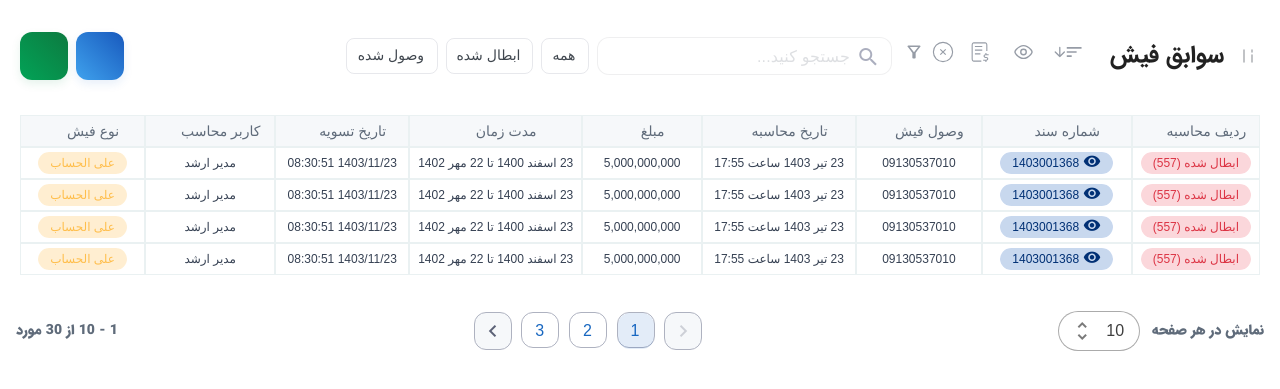
Repository: mobinazarein/data-table
Page: /
These files come from the project's save history. The page is drawn as it stood at one moment and after the next save; the edit follows.
The browser window is 1280 px wide. The pictures show the whole page.
Some web fonts or font styles are not loaded; a fallback is used. The project was rebuilt for these pictures with package versions that can differ from the ones it lists, and the page was loaded fresh each time. Also part of the build but not shown: vue.config.js.

Above is the page before, as saved 2025-03-26 11:17:09.

### public/index.html
<!DOCTYPE html>
<html lang="en" dir="rtl">
  <head>
    <meta charset="utf-8">
    <meta http-equiv="X-UA-Compatible" content="IE=edge">
    <meta name="viewport" content="width=device-width,initial-scale=1.0">
    <link rel="icon" href="<%= BASE_URL %>favicon.ico">
    <title><%= htmlWebpackPlugin.options.title %></title>
  </head>
  <body>
    <noscript>
      <strong>We're sorry but <%= htmlWebpackPlugin.options.title %> doesn't
        work properly without JavaScript enabled. Please enable it to
        continue.</strong>
    </noscript>
    <div id="app"></div>
    <!-- built files will be auto injected -->
  </body>
</html>

### src/main.js
import { createApp } from "vue";
import App from "./App.vue";
import vuetify from "./plugins/vuetify";
// import { loadFonts } from "./plugins/webfontloader";
// import "@/assets/styles/_fonts.scss";
// loadFonts();
import "@/assets/base.scss";

createApp(App).use(vuetify).mount("#app");

### src/App.vue
<template>
  <v-app dir="rtl">
    <v-locale-provider :rtl="true">
      <div dir="rtl">
        <DataTable :headers="pageData.headers" :items="pageData.items" :showExportButtons="true" :itemsPerPage="20"
          :showSearchBtn="true" :items-per-page="10" :customStyles="[
            { key: 'row', bgColor: '#FFEEF0', textColor: '#DC3545' },
            { key: 'documentNumber', bgColor: '#E4EFFF', textColor: '#013075', icon: 'mdi-eye', iconColor: '#013075', iconSize: '18px' },
            { key: 'receiptType', bgColor: '#FFBE4C26', textColor: '#FFBE4C' }
          ]" title="سوابق فیش" :iconComponent="PauseIcon"
          :iconList="[PaginationIcon, EyeIcon, InvoiceIcon, CircleCross, FilterIcon]"
          :mobileIconList="[PaginationIcon, EyeIcon, InvoiceIcon, CircleCross, FilterIcon, PrinterIcon, ExcelIcon]"
          :buttons="pageData.buttonList" :mobileFilterButtons="pageData.mobileBtn" />
      </div>
    </v-locale-provider>
  </v-app>
</template>

<script setup>
import DataTable from './components/DataTable.vue';
import PauseIcon from './assets/Icons/PauseIcon.vue';
import PaginationIcon from '@/assets/Icons/PaginationIcon.vue';
import EyeIcon from '@/assets/Icons/EyeIcon.vue';
import InvoiceIcon from '@/assets/Icons/InvoiceIcon.vue';
import CircleCross from '@/assets/Icons/CircleCross.vue';
import FilterIcon from '@/assets/Icons/FilterIcon.vue';
import PrinterIcon from '@/assets/Icons/PrinterIcon.vue';
import ExcelIcon from '@/assets/Icons/ExcelIcon.vue';
import { ref } from 'vue';
const pageData = ref({
  headers: [
    { title: 'ردیف محاسبه', key: 'row', align: 'center', sortable: true, width: '121px' },
    { title: 'شماره سند', key: 'documentNumber', align: 'center', sortable: true, width: '165px' },
    { title: 'وصول فیش', key: 'receiptStatus', align: 'center', sortable: true, width: '139px' },
    { title: 'تاریخ محاسبه', key: 'calculationDate', align: 'center', sortable: true, width: '159px' },
    { title: 'مبلغ', key: 'amount', align: 'center', sortable: true, width: '139px' },
    { title: 'مدت زمان', key: 'duration', align: 'center', sortable: true, width: '165px' },
    { title: 'تاریخ تسویه', key: 'settlementDate', align: 'center', sortable: true, width: '139px' },
    { title: 'کاربر محاسب', key: 'user', align: 'center', sortable: true, width: '139px' },
    { title: 'نوع فیش', key: 'receiptType', align: 'center', sortable: true, width: '139px' }
  ],
  items: [
    {
      row: 'ابطال شده (557)',
      documentNumber: '1403001368',
      receiptStatus: '09130537010',
      calculationDate: '23 تیر 1403 ساعت 17:55',
      amount: '5,000,000,000',
      duration: '23 اسفند 1400 تا 22 مهر 1402',
      settlementDate: '1403/11/23 08:30:51',
      user: 'مدیر ارشد',
      receiptType: 'علی الحساب'
    },
    {
      row: 'ابطال شده (557)',
      documentNumber: '1403001368',
      receiptStatus: '09130537010',
      calculationDate: '23 تیر 1403 ساعت 17:55',
      amount: '5,000,000,000',
      duration: '23 اسفند 1400 تا 22 مهر 1402',
      settlementDate: '1403/11/23 08:30:51',
      user: 'مدیر ارشد',
      receiptType: 'علی الحساب'
    },
    {
      row: 'ابطال شده (557)',
      documentNumber: '1403001368',
      receiptStatus: '09130537010',
      calculationDate: '23 تیر 1403 ساعت 17:55',
      amount: '5,000,000,000',
      duration: '23 اسفند 1400 تا 22 مهر 1402',
      settlementDate: '1403/11/23 08:30:51',
      user: 'مدیر ارشد',
      receiptType: 'علی الحساب'
    }, {
      row: 'ابطال شده (557)',
      documentNumber: '1403001368',
      receiptStatus: '09130537010',
      calculationDate: '23 تیر 1403 ساعت 17:55',
      amount: '5,000,000,000',
      duration: '23 اسفند 1400 تا 22 مهر 1402',
      settlementDate: '1403/11/23 08:30:51',
      user: 'مدیر ارشد',
      receiptType: 'علی الحساب'
    }
  ],
  buttonList: [
    { label: 'همه', width: 48 },
    { label: 'ابطال شده', width: 87 },
    { label: 'وصول شده', width: 92 },
  ],
  mobileBtn: [
    { label: "همه", width: 44, borderRadius: 62 },
    { label: "ابطال شده", width: 80, borderRadius: 42 },
    { label: "وصول شده", width: 89, borderRadius: 42 }
  ]
}).value;
</script>
<style>
body {
  font-family: "IRANSans", sans-serif;
}
</style>

### src/assets/base.scss
// @import "./styles/fonts";

*,
*::before,
*::after {
  box-sizing: border-box;
  margin: 0;
  font-weight: normal;
  font-family: "IRANSans", sans-serif;
  letter-spacing: 0;
}

body {
  font-family: "IRANSans", sans-serif !important;
}
h1,
h2 {
  font-family: "IRANSans", sans-serif;
  font-weight: 700;
}
p {
  font-family: "IRANSans", sans-serif;
  font-weight: 400;
}
.v-field.v-field--center-affix.v-field--prepended.v-field--variant-outlined.v-theme--light.v-locale--is-rtl {
  border-radius: 12px !important;
}
.v-field__prepend-inner {
  color: #737993;
}

label.v-label.v-field-label {
  color: #c7cacf;
}

.v-field.v-field--center-affix.v-field--prepended.v-field--variant-outlined.v-theme--light.v-locale--is-rtl {
  color: #77787f4d;
}
/* .v-table__wrapper {
  overflow: hidden;
} */
.v-data-table thead {
  background-color: #f6f8fa !important;
  width: 138.41665649414062px;
  height: 32px !important;
}

.v-data-table thead th {
  height: 32px !important;
  color: #5f6b7a !important;
  font-weight: 700 !important;
  border: 1px solid #eaf1f2 !important;
  padding: 0 8px !important;
}

.v-data-table tbody tr td {
  height: 32px !important;
  color: #364153 !important;
  font-weight: 500 !important;
  border: 1px solid #eaf1f2 !important;
  white-space: nowrap !important;
  overflow: hidden !important;
  text-overflow: ellipsis !important;
  height: 32px !important;
  padding: 0 8px !important;
  font-size: 12px !important;
  padding: 0 8px !important;
  font-weight: 400 !important;
}

.v-data-table tbody tr {
  height: 32px !important;
}

td.v-data-table__td.v-data-table-column--align-center {
  font-size: 12px !important;
  height: 32px !important;
}

th {
  white-space: nowrap;
}

.custom-pagination .v-pagination__item {
  border-radius: 12px !important;
  min-width: 36px !important;
  height: 36px !important;
  font-size: 14px !important;
  color: #5b6176 !important;
  border: 1px solid #aeb2c0 !important;
}

.custom-pagination .v-pagination__item--active {
  border-radius: 12px !important;
  min-width: 36px !important;
  height: 36px !important;
  background-color: #b8dada !important;
  color: #148976 !important;
  border: 1px solid #148976 !important;
  font-weight: bold !important;
  box-shadow: none !important;
}
button.v-btn.v-btn--icon.v-theme--light.text-primary.v-btn--density-comfortable.v-btn--rounded.v-btn--size-default.v-btn--variant-text {
  border-radius: 12px !important;
}

.custom-pagination .v-pagination__prev,
.custom-pagination .v-pagination__next {
  border-radius: 12px !important;
  background-color: #f6f8fa !important;
  color: #5b6176 !important;
  border: 1px solid #aeb2c0 !important;
}
.mdi-chevron-right::before {
  color: #5b6176 !important;
}

.mdi-chevron-left::before {
  color: #5b6176 !important;
}

.custom-pagination .v-pagination__prev:hover,
.custom-pagination .v-pagination__next:hover,
.custom-pagination .v-pagination__prev:focus,
.custom-pagination .v-pagination__next:focus,
.custom-pagination .v-pagination__prev.v-pagination__item--active,
.custom-pagination .v-pagination__next.v-pagination__item--active {
  border: 1px solid #148976 !important;
  color: #148976 !important;
}

.custom-pagination .v-pagination__item--active,
.custom-pagination .v-pagination__item:focus {
  border-radius: 12px !important;
  min-width: 36px !important;
  height: 36px !important;
  background-color: #d8eef2 !important;
  color: #148976 !important;
  border: 1px solid #148976 !important;
  font-weight: bold !important;
}

.custom-pagination .v-pagination__item:hover {
  border: 1px solid #148976 !important;
  color: #148976 !important;
}

.custom-pagination .v-pagination__prev:hover,
.custom-pagination .v-pagination__next:hover {
  border: 1px solid #148976 !important;
  color: #148976 !important;
}

### src/components/DataTable.vue
<template>
  <v-container fluid>
    <!-- desktop -->
    <v-row class="align-center py-3 px-1 d-none d-md-flex" no-gutters>
      <v-col cols="12" md="10" class="d-flex align-center  justify-start">
        <div class="d-flex align-center gap-24 justify-start">
          <div class="d-flex align-center text-nowrap">
            <component :is="iconComponent" />
            <h2 class="mr-3 ml-5 text-nowrap " style="white-space: nowrap;">{{ title }}</h2>
          </div>
          <div v-for="(icon, index) in iconList" :key="index">
            <component v-if="icon" :is="icon" class="mx-1" />
          </div>
          <v-text-field v-if="showSearchBtn" variant="outlined" density="compact" hide-details
            class="custom-text-field mx-2" label="جستجو کنید..." prepend-inner-icon="mdi-magnify" width="295.6875px" />
          <v-btn v-for="(button, index) in buttons" :key="index" variant="outlined" color="gray"
            class="ml-2 rounded-lg filter-btn"
            :style="{ maxWidth: button.width + 'px', minWidth: button.width + 'px', fontSize: button.fontSize, borderRadius: button.borderRadius }">
            {{ button.label }}
          </v-btn>
        </div>
      </v-col>
      <v-col cols="auto" md="2" class="d-flex align-center justify-end" v-if="props.showExportButtons">
        <v-btn icon variant="flat" class="ml-2 printer-btn">
          <PrinterIcon />
        </v-btn>
        <v-btn icon variant="flat" class="excel-btn">
          <ExcelIcon />
        </v-btn>
      </v-col>
    </v-row>
    <!-- mobile-->
    <v-row class="align-center d-flex d-md-none flex-no-wrap justify-between ">
      <v-col cols="12" class="d-flex align-center flex-no-wrap">
        <v-row no-gutters>
          <v-col cols="12">
            <div class="d-flex justify-space-between gap-8">
              <h2 class="text-nowrap " style="font-size: 20px; font-weight: 700;">{{ title }}</h2>
              <div class="d-flex">
                <v-btn v-for="(button, index) in mobileFilterButtons" :key="index" variant="outlined" color="gray"
                  class="ml-1 rounded-lg filter-btn"
                  :style="{ maxWidth: button.width + 'px', minWidth: button.width + 'px', fontSize: '12px', borderRadius: button.borderRadius + 'px' + ' !important' }">
                  {{ button.label }}
                </v-btn>
              </div>
            </div>
          </v-col>
        </v-row>
      </v-col>
      <v-col cols="12" class="d-flex justify-center">
        <div class="d-flex flex-column ">
          <div class="gap-8 d-flex justify-space-between flex-wrap">
            <div v-for="(icon, index) in mobileIconList" :key="index" class="d-flex align-center justify-space-between">
              <component v-if="icon" :is="icon" iconColor="#767E8A" class="mx-1 ml-3 mb-3" />
            </div>
          </div>
          <v-text-field width="341px" variant="outlined" hide-details class="mx-2" label="جستجو کنید..."
            prepend-inner-icon="mdi-magnify" v-if="showSearchBtn" />
        </div>
      </v-col>
    </v-row>
    <v-row no-gutters class="px-1">
      <v-col cols="12" md="12" class="mt-5">
        <v-data-table :headers="headers" :items="items" :items-per-page="props.itemsPerPage" hide-default-footer>
          <template v-for="column in props.customStyles" #[`item.${column.key}`]="{ item }" :key="column.key">
            <v-chip
              :style="{ backgroundColor: column.bgColor, color: column.textColor, height: '22px', fontSize: '12px', cursor: column.icon ? 'pointer' : 'default' }"
              class="font-weight-bold">
              <v-icon v-if="column.icon" :color="column.iconColor" :size="column.iconSize" class="ml-1 mb-1">
                {{ column.icon }}
              </v-icon>
              {{ item[column.key] }}
            </v-chip>
          </template>
        </v-data-table>
      </v-col>
    </v-row>
    <v-row class="justify-space-between d-md-none align-center px-1 mt-8 ">
      <div class="d-flex align-center ">
        <p class="footer-text">نمایش در هر صفحه</p>
        <v-select v-model="itemsPerPage" :items="[10, 20, 50]" density="compact" variant="outlined" rounded="pill"
          class="custom-select mr-3" hide-details menu-icon="mdi-unfold-more-horizontal"></v-select>
      </div>
      <div class="footer-middle">
        <span class="footer-text"> {{ startIndex }} - {{ endIndex }} از {{ totalItems }} مورد </span>
      </div>
      <div class="mt-5" style="margin-left: auto; margin-right: auto;">
        <v-pagination v-model="page" :length="totalPages" total-visible="5" rounded density="comfortable"
          color="primary" class="custom-pagination"></v-pagination>
      </div>
    </v-row>
    <v-row class="justify-space-between d-none d-md-flex align-center px-3 mt-8">
      <div class="d-flex align-center ">
        <p class="footer-text">نمایش در هر صفحه</p>
        <v-select v-model="itemsPerPage" :items="[10, 20, 50]" density="compact" variant="outlined" rounded="pill"
          class="custom-select mr-3" hide-details menu-icon="mdi-unfold-more-horizontal"></v-select>
      </div>
      <div class="footer-right">
        <v-pagination v-model="page" :length="totalPages" total-visible="5" rounded density="comfortable"
          color="primary" class="custom-pagination"></v-pagination>
      </div>
      <div class="footer-middle">
        <span class="footer-text"> {{ startIndex }} - {{ endIndex }} از {{ totalItems }} مورد </span>
      </div>
    </v-row>
  </v-container>
</template>
<script setup>
import { ref, computed } from 'vue';
import { defineProps } from 'vue';
const props = defineProps({
  itemsPerPage: {
    type: Number,
    default: 10,
  },
  showExportButtons: {
    type: Boolean,
    default: true,
  },
  showSearchBtn: {
    type: Boolean,
    default: true
  },
  customStyles: { type: Array, default: () => [] },
  customIcon: { type: Array, default: () => [] },
  headers: { type: Array, required: true },
  items: { type: Array, required: true },
  title: {
    type: String,
    required: true
  },
  iconComponent: {
    type: [String, Object],
    required: true
  },
  iconList: {
    type: Array,
    required: true
  },
  mobileIconList: {
    type: Array,
    required: true
  },
  buttons: {
    type: Array,
    required: true,
    default: () => [
      { label: "همه", width: 48 },
      { label: "ابطال شده", width: 87 },
      { label: "وصول شده", width: 92 }
    ]
  },
  mobileFilterButtons: {
    type: Array,
    default: () => [
      { label: "همه", width: 44, borderRadius: 62 },
      { label: "ابطال شده", width: 80, borderRadius: 42 },
      { label: "وصول شده", width: 89, borderRadius: 42 }
    ]
  }
});
const page = ref(1);
const totalItems = ref(30);
const itemsPerPage = ref(props.itemsPerPage);
const totalPages = computed(() => Math.ceil(totalItems.value / itemsPerPage.value));
const startIndex = computed(() => (page.value - 1) * itemsPerPage.value + 1);
const endIndex = computed(() => Math.min(page.value * itemsPerPage.value, totalItems.value));
</script>
<style scoped>
.custom-text-field :deep(.v-input__control) {
  height: 38px;
}

.excel-btn {
  background: linear-gradient(45deg, #02A357, #0D7A40) !important;
  color: white !important;
  border-radius: 12px !important;
  box-shadow: 0px 4px 10px #0A88481A !important;
  width: 48px !important;
  height: 48px !important;
}

.printer-btn {
  border-radius: 12px !important;
  box-shadow: 0px 4px 10px #216BCA1A !important;
  background: linear-gradient(45deg, #3FA2ED, #1859BD) !important;
  color: white !important;
  width: 48px !important;
  height: 48px !important;
}

.filter-btn:hover,
.filter-btn:focus,
.filter-btn.v-btn--active {
  background-color: #B8DADA !important;
  color: #148976 !important;
  border-color: #148976 !important;
}

.filter-btn {
  border-color: #AEB2C04D !important;
  color: #40474F !important;
  line-height: 180% !important;
  padding: 0px 12px !important;
}

.footer-text {
  color: #5F6B7A;
  font-size: 14px;
  font-weight: 500;
}

.custom-select {
  max-width: 90px;
}

.custom-pagination {
  --v-pagination-height: 40px;
}

.footer-middle {
  font-size: 14px;
  color: #5F6B7A;
  font-weight: 500;
}
</style>

### src/assets/Icons/PauseIcon.vue
<template>
    <svg width="24" height="24" viewBox="0 0 24 24" fill="none" xmlns="http://www.w3.org/2000/svg">
        <path d="M8 6V18M16 6V8M16 18V11" stroke="#ADB0B4" stroke-width="1.5" stroke-linecap="round"
            stroke-linejoin="round" />
    </svg>
</template>

### src/assets/Icons/PaginationIcon.vue
<template>
    <svg width="36" height="48" viewBox="0 0 36 48" fill="none" xmlns="http://www.w3.org/2000/svg">
<path d="M9.79481 19.4529V28.5469M9.79481 28.5469L14.3418 23.9999M9.79481 28.5469L5.2478 23.9999" stroke="#969CA6" stroke-width="1.29915" stroke-linecap="round" stroke-linejoin="round"/>
<path d="M16.7693 28.9231H21.6924V27.282H16.7693V28.9231ZM16.7693 19.0769V20.7179H31.5385V19.0769H16.7693ZM16.7693 24.8205H26.6154V23.1795H16.7693V24.8205Z" fill="#969CA6"/>
</svg>
</template>

### src/assets/Icons/EyeIcon.vue
<template>
    <svg width="37" height="48" viewBox="0 0 37 48" fill="none" xmlns="http://www.w3.org/2000/svg">
<path d="M18.5 17.5833C21.4713 17.5833 24.0781 19.7396 25.7446 21.5522C26.4843 22.3568 26.8542 22.7591 26.979 23.5925C27.0096 23.7966 27.0096 24.2033 26.979 24.4073C26.8542 25.2407 26.4843 25.643 25.7446 26.4477C24.0781 28.2603 21.4713 30.4166 18.5 30.4166C15.5288 30.4166 12.922 28.2603 11.2555 26.4477C10.5158 25.643 10.1459 25.2407 10.0211 24.4073C9.99049 24.2033 9.99049 23.7966 10.0211 23.5925C10.1459 22.7591 10.5158 22.3568 11.2555 21.5522C12.922 19.7396 15.5288 17.5833 18.5 17.5833Z" stroke="#969CA6" stroke-width="1.375" stroke-linejoin="round"/>
<path d="M21.25 24C21.25 25.5188 20.0188 26.75 18.5 26.75C16.9812 26.75 15.75 25.5188 15.75 24C15.75 22.4812 16.9812 21.25 18.5 21.25C20.0188 21.25 21.25 22.4812 21.25 24Z" stroke="#969CA6" stroke-width="1.375" stroke-linejoin="round"/>
</svg>
</template>

### src/assets/Icons/InvoiceIcon.vue
<template>
    <svg width="35" height="48" viewBox="0 0 35 48" fill="none" xmlns="http://www.w3.org/2000/svg">
<path d="M26.6666 26.1999H23.9166V27.2999H26.6666V26.1999ZM23.9166 26.1999H23.4583V27.2999H23.9166V26.1999ZM23.4583 30.0499H24.375V28.9499H23.4583V30.0499ZM24.375 31.6999H23.9166V32.7999H24.375V31.6999ZM23.9166 31.6999H21.1666V32.7999H23.9166V31.6999ZM25.2 30.8749C25.2 31.3306 24.8306 31.6999 24.375 31.6999V32.7999C25.4381 32.7999 26.3 31.9381 26.3 30.8749H25.2ZM24.375 30.0499C24.8306 30.0499 25.2 30.4193 25.2 30.8749H26.3C26.3 29.8118 25.4381 28.9499 24.375 28.9499V30.0499ZM21.5333 28.1249C21.5333 29.1881 22.3951 30.0499 23.4583 30.0499V28.9499C23.0027 28.9499 22.6333 28.5806 22.6333 28.1249H21.5333ZM23.4583 26.1999C22.3951 26.1999 21.5333 27.0618 21.5333 28.1249H22.6333C22.6333 27.6693 23.0027 27.2999 23.4583 27.2999V26.1999ZM24.4666 26.7499V24.9166H23.3666V26.7499H24.4666ZM23.3666 32.2499V34.0833H24.4666V32.2499H23.3666ZM13.8333 15.3833H21.1666V14.2833H13.8333V15.3833ZM19.3333 32.6166H13.8333V33.7166H19.3333V32.6166ZM10.7166 29.4999V18.4999H9.61663V29.4999H10.7166ZM13.8333 32.6166C12.9535 32.6166 12.349 32.6154 11.8949 32.5544C11.4567 32.4954 11.2418 32.39 11.0925 32.2407L10.3147 33.0185C10.7024 33.4062 11.1881 33.5692 11.7483 33.6446C12.2928 33.7178 12.9846 33.7166 13.8333 33.7166V32.6166ZM9.61663 29.4999C9.61663 30.3486 9.61546 31.0405 9.68865 31.5849C9.76397 32.1451 9.92698 32.6308 10.3147 33.0185L11.0925 32.2407C10.9432 32.0914 10.8378 31.8766 10.7788 31.4383C10.7178 30.9842 10.7166 30.3797 10.7166 29.4999H9.61663ZM21.1666 15.3833C22.0464 15.3833 22.6509 15.3844 23.105 15.4455C23.5433 15.5044 23.7582 15.6099 23.9074 15.7591L24.6852 14.9813C24.2975 14.5936 23.8118 14.4306 23.2516 14.3553C22.7072 14.2821 22.0153 14.2833 21.1666 14.2833V15.3833ZM25.3833 18.4999C25.3833 17.6512 25.3845 16.9594 25.3113 16.415C25.2359 15.8547 25.0729 15.369 24.6852 14.9813L23.9074 15.7591C24.0567 15.9084 24.1622 16.1233 24.2211 16.5615C24.2821 17.0156 24.2833 17.6201 24.2833 18.4999H25.3833ZM13.8333 14.2833C12.9846 14.2833 12.2928 14.2821 11.7483 14.3553C11.1881 14.4306 10.7024 14.5936 10.3147 14.9813L11.0925 15.7591C11.2418 15.6099 11.4567 15.5044 11.8949 15.4455C12.349 15.3844 12.9535 15.3833 13.8333 15.3833V14.2833ZM10.7166 18.4999C10.7166 17.6201 10.7178 17.0156 10.7788 16.5615C10.8378 16.1233 10.9432 15.9084 11.0925 15.7591L10.3147 14.9813C9.92698 15.369 9.76397 15.8547 9.68865 16.415C9.61546 16.9594 9.61663 17.6512 9.61663 18.4999H10.7166ZM24.2833 18.4999V23.0833H25.3833V18.4999H24.2833ZM12.9166 19.0499H20.25V17.9499H12.9166V19.0499ZM12.9166 22.7166H20.25V21.6166H12.9166V22.7166ZM12.9166 26.3833H18.4166V25.2833H12.9166V26.3833Z" fill="#969CA6"/>
</svg>
</template>

### src/assets/Icons/CircleCross.vue
<template>
    <svg width="22" height="22" viewBox="0 0 21 20" fill="none" xmlns="http://www.w3.org/2000/svg">
        <path
            d="M7.90736 7.40719L13.0928 12.5926M13.0927 7.40719L7.90726 12.5926M19.6667 9.99992C19.6667 15.0625 15.5627 19.1666 10.5 19.1666C5.43743 19.1666 1.33337 15.0625 1.33337 9.99992C1.33337 4.93731 5.43743 0.833252 10.5 0.833252C15.5627 0.833252 19.6667 4.93731 19.6667 9.99992Z"
            stroke="#969CA6" stroke-width="1.1" />
    </svg>
</template>

### src/assets/Icons/FilterIcon.vue
<template>
    <svg width="20" height="20" viewBox="0 0 20 20" fill="none" xmlns="http://www.w3.org/2000/svg">
<path d="M5.90159 5.07682H14.1067L9.99595 10.246L5.90159 5.07682ZM3.64518 4.75682C5.30262 6.88194 8.36313 10.8204 8.36313 10.8204V15.7435C8.36313 16.1948 8.73236 16.564 9.18364 16.564H10.8247C11.276 16.564 11.6452 16.1948 11.6452 15.7435V10.8204C11.6452 10.8204 14.6975 6.88194 16.3549 4.75682C16.7734 4.21528 16.3877 3.43579 15.7067 3.43579H4.29339C3.61236 3.43579 3.22672 4.21528 3.64518 4.75682Z" fill="#969CA6"/>
</svg>
</template>

### src/assets/Icons/PrinterIcon.vue
<template>
    <svg
      width="23"
      height="24"
      viewBox="0 0 23 24"
      fill="none"
      xmlns="http://www.w3.org/2000/svg"
      :style="{ color: iconColor }"
    >
      <path
        d="M6 10.5641H17M6 17.7447V17.7447C5.66891 17.7447 5.50337 17.7447 5.36418 17.7283C4.26359 17.599 3.39569 16.7311 3.26636 15.6305C3.25 15.4913 3.25 15.3257 3.25 14.9947V10.5641C3.25 8.76909 3.25 7.87158 3.70712 7.24241C3.85475 7.03921 4.03345 6.86052 4.23664 6.71289C4.86582 6.25577 5.76332 6.25577 7.55833 6.25577H15.4417C17.2367 6.25577 18.1342 6.25577 18.7634 6.71289C18.9666 6.86052 19.1452 7.03921 19.2929 7.24241C19.75 7.87158 19.75 8.76909 19.75 10.5641V14.9947C19.75 15.3257 19.75 15.4913 19.7336 15.6305C19.6043 16.7311 18.7364 17.599 17.6358 17.7283C17.4966 17.7447 17.3311 17.7447 17 17.7447V17.7447M6 17.7447V17.7447C6 18.6368 6 19.0829 6.14576 19.4348C6.3401 19.904 6.71286 20.2768 7.18205 20.4711C7.53393 20.6169 7.98003 20.6169 8.87222 20.6169H14.1278C15.02 20.6169 15.4661 20.6169 15.818 20.4711C16.2871 20.2768 16.6599 19.904 16.8542 19.4348C17 19.0829 17 18.6368 17 17.7447V17.7447M6 17.7447V17.3617C6 15.9257 6 15.2077 6.3657 14.7043C6.4838 14.5418 6.62676 14.3988 6.78931 14.2807C7.29265 13.915 8.01066 13.915 9.44667 13.915H13.5533C14.9893 13.915 15.7073 13.915 16.2107 14.2807C16.3732 14.3988 16.5162 14.5418 16.6343 14.7043C17 15.2077 17 15.9257 17 17.3617V17.7447M17 6.25577V6.25577C17 5.36358 17 4.91748 16.8542 4.56559C16.6599 4.09641 16.2871 3.72364 15.818 3.5293C15.4661 3.38354 15.02 3.38354 14.1278 3.38354H8.87222C7.98003 3.38354 7.53393 3.38354 7.18205 3.5293C6.71286 3.72364 6.3401 4.09641 6.14576 4.56559C6 4.91748 6 5.36358 6 6.25577V6.25577H17Z"
        stroke="currentColor"
        stroke-width="1.43611"
        stroke-linecap="round"
        stroke-linejoin="round"
      />
    </svg>
  </template>

  <script setup>
  import { defineProps } from 'vue';

  defineProps({
    iconColor: {
      type: String,
      default: 'white',
    },
  });
  </script>

### src/assets/Icons/ExcelIcon.vue
<template>
    <svg
      width="23"
      height="22"
      viewBox="0 0 23 22"
      fill="none"
      xmlns="http://www.w3.org/2000/svg"
      :style="{ color: iconColor }"
    >
      <g clip-path="url(#clip0_397_6997)">
        <path
          d="M3.12085 2.63712L14.6434 0.991705C14.7084 0.982376 14.7747 0.987136 14.8377 1.00566C14.9007 1.02419 14.959 1.05604 15.0087 1.09908C15.0583 1.14211 15.0981 1.19531 15.1254 1.25507C15.1527 1.31483 15.1668 1.37976 15.1668 1.44546V20.5543C15.1668 20.6199 15.1527 20.6847 15.1254 20.7444C15.0982 20.8041 15.0585 20.8573 15.009 20.9003C14.9594 20.9433 14.9012 20.9752 14.8383 20.9938C14.7754 21.0124 14.7092 21.0172 14.6443 21.008L3.11994 19.3626C2.90142 19.3315 2.70147 19.2226 2.55682 19.0559C2.41216 18.8892 2.33252 18.6758 2.33252 18.4551V3.54462C2.33252 3.3239 2.41216 3.11059 2.55682 2.94388C2.70147 2.77716 2.90234 2.66824 3.12085 2.63712ZM16.0834 2.74987H19.7501C19.9932 2.74987 20.2264 2.84645 20.3983 3.01836C20.5702 3.19027 20.6668 3.42342 20.6668 3.66654V18.3332C20.6668 18.5763 20.5702 18.8095 20.3983 18.9814C20.2264 19.1533 19.9932 19.2499 19.7501 19.2499H16.0834V2.74987ZM9.8501 10.9999L12.4168 7.33321H10.2168L8.7501 9.42871L7.28344 7.33321H5.08344L7.6501 10.9999L5.08344 14.6665H7.28344L8.7501 12.571L10.2168 14.6665H12.4168L9.8501 10.9999Z"
          fill="currentColor"
        />
      </g>
      <defs>
        <clipPath id="clip0_397_6997">
          <rect width="22" height="22" fill="white" transform="translate(0.5)" />
        </clipPath>
      </defs>
    </svg>
  </template>

  <script setup>
  import { defineProps } from 'vue';

  defineProps({
    iconColor: {
      type: String,
      default: 'white',
    },
  });
  </script>

### src/assets/styles/_fonts.scss
@font-face {
  font-family: "IRANSans";
  src: url("/public/fonts/IRANSans.woff2") format("woff2");
  font-weight: 400;
  font-style: normal;
  font-display: swap;
}

@font-face {
  font-family: "IRANSans";
  src: url("/public/fonts/IRANSans_Black.woff2") format("woff2");
  font-weight: 500;
  font-style: normal;
  font-display: swap;
}

@font-face {
  font-family: "IRANSans";
  src: url("/public/fonts/IRANSans_Bold.woff2") format("woff2");
  font-weight: 800;
  font-style: normal;
  font-display: swap;
}

Loaded but not shown: src/plugins/vuetify.js (17 lines, source omitted)

After the next save:
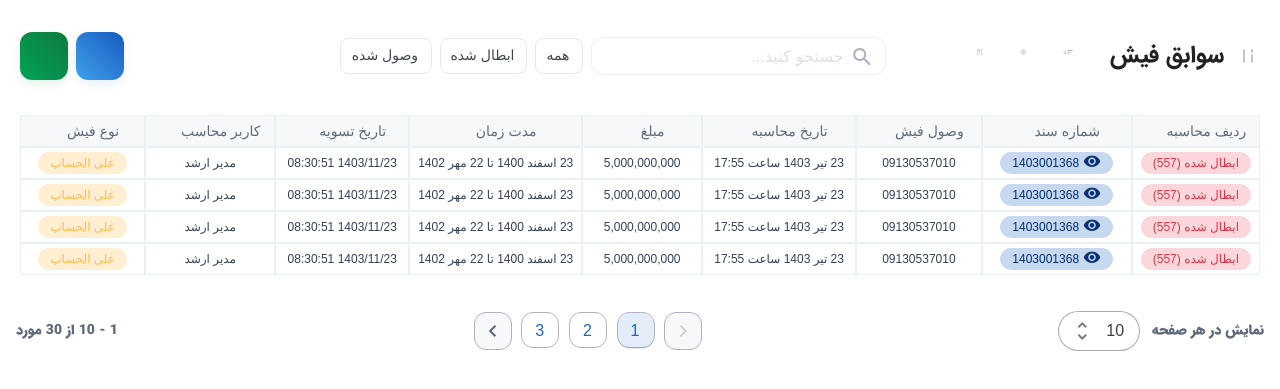
Saved 4 min 11 s later.
--- a/src/components/DataTable.vue
+++ b/src/components/DataTable.vue
@@ -9,7 +9,7 @@
             <h2 class="mr-3 ml-5 text-nowrap " style="white-space: nowrap;">{{ title }}</h2>
           </div>
           <div v-for="(icon, index) in iconList" :key="index">
-            <component v-if="icon" :is="icon" class="mx-1" />
+            <component v-if="icon" :is="icon" class="mx-1 pa-3" />
           </div>
           <v-text-field v-if="showSearchBtn" variant="outlined" density="compact" hide-details
             class="custom-text-field mx-2" label="جستجو کنید..." prepend-inner-icon="mdi-magnify" width="295.6875px" />
